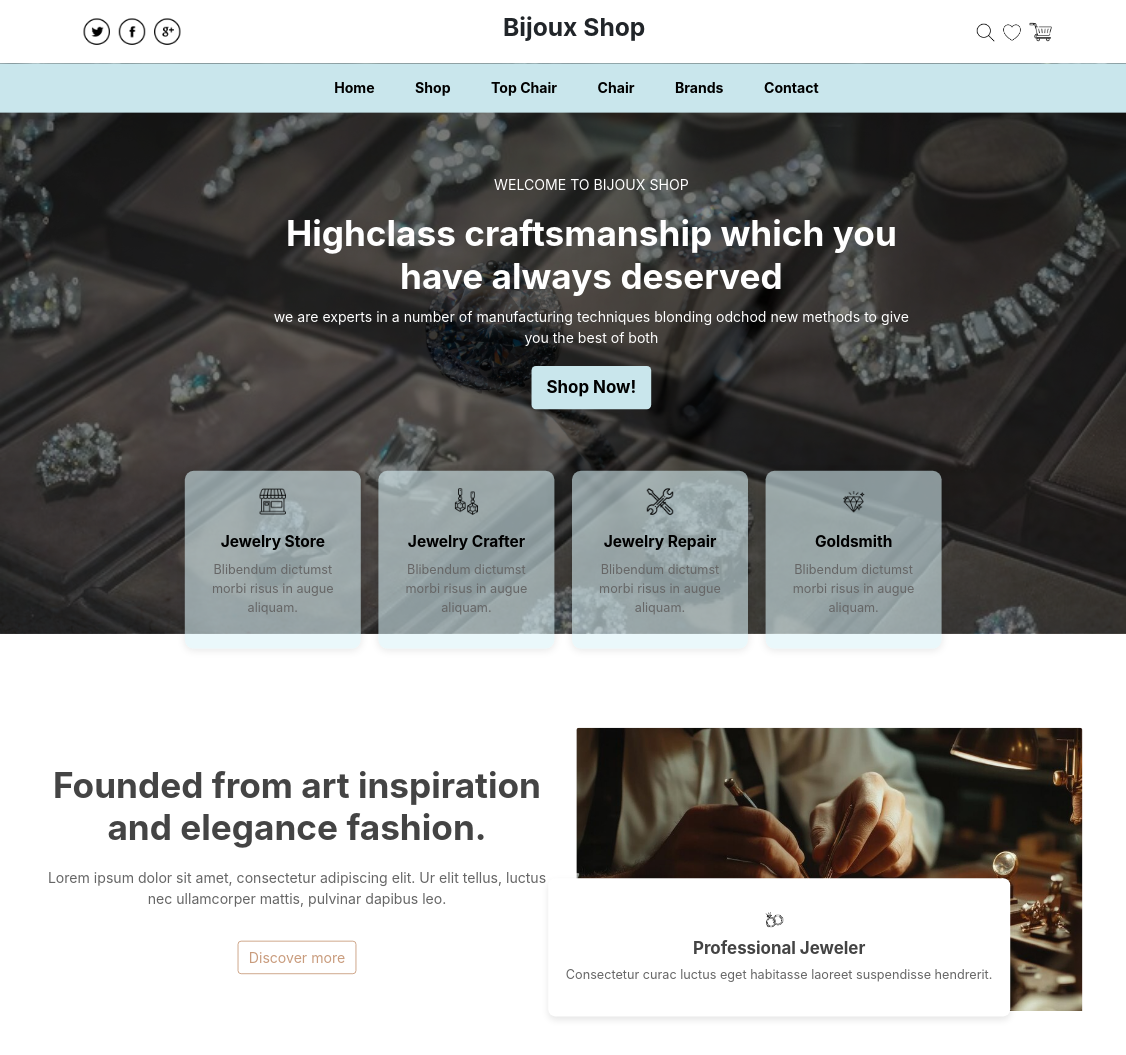
Repository: Manar-Bouallaga/bijoux-frontend-project
Page: /
An editor plug-in stored every save of this project. The page is shown before and after the next save, followed by the edit.
The browser window is 1280 px wide. The pictures show the whole page, at 88% of full size.
The project was rebuilt for these pictures with package versions that can differ from the ones it lists, and the page was loaded fresh each time.

Above is the page before, as saved 2024-10-14 16:11:30.

### public/index.html
<!DOCTYPE html>
<html lang="en">
  <head>
    <meta charset="utf-8" />
    <link rel="icon" href="%PUBLIC_URL%/favicon.ico" />
    <meta name="viewport" content="width=device-width, initial-scale=1" />
    <meta name="theme-color" content="#000000" />
    <meta
      name="description"
      content="Web site created using create-react-app"
    />
    <link
  rel="stylesheet"
  href="https://stackpath.bootstrapcdn.com/bootstrap/4.5.2/css/bootstrap.min.css"
/>
    <link rel="apple-touch-icon" href="%PUBLIC_URL%/logo192.png" />
    <script src="https://code.jquery.com/jquery-3.5.1.slim.min.js"></script>
    <script src="https://cdn.jsdelivr.net/npm/@popperjs/core@2.9.2/dist/umd/popper.min.js"></script>
    <script src="https://stackpath.bootstrapcdn.com/bootstrap/4.5.2/js/bootstrap.min.js"></script>
    <!--
      manifest.json provides metadata used when your web app is installed on a
      user's mobile device or desktop. See https://developers.google.com/web/fundamentals/web-app-manifest/
    -->
    <link rel="manifest" href="%PUBLIC_URL%/manifest.json" />
    <!--
      Notice the use of %PUBLIC_URL% in the tags above.
      It will be replaced with the URL of the `public` folder during the build.
      Only files inside the `public` folder can be referenced from the HTML.

      Unlike "/favicon.ico" or "favicon.ico", "%PUBLIC_URL%/favicon.ico" will
      work correctly both with client-side routing and a non-root public URL.
      Learn how to configure a non-root public URL by running `npm run build`.
    -->
    <title>React App</title>
  </head>
  <body>
    <noscript>You need to enable JavaScript to run this app.</noscript>
    <div id="root"></div>
    <!--
      This HTML file is a template.
      If you open it directly in the browser, you will see an empty page.

      You can add webfonts, meta tags, or analytics to this file.
      The build step will place the bundled scripts into the <body> tag.

      To begin the development, run `npm start` or `yarn start`.
      To create a production bundle, use `npm run build` or `yarn build`.
    -->
  </body>
</html>

### src/App.js
import Nav from './accueil/nav';

function App() {
  return (
   <>
   <Nav />
   </>
  );
}

export default App;

### src/accueil/nav.js
import React from "react";
import './accueil.css';
import JewelrySection from "./JewelrySection";

export default function Nav() {
    return (
        <>
        <div className="">
            {/* Navbar Top */}
            <div className="navbar-top container">
                <div className="social-link">
                    <i><img src="./image/twitter.png" alt="Twitter" width="30px" /></i>
                    <i><img src="./image/facebook.png" alt="Facebook" width="30px" /></i>
                    <i><img src="./image/google-plus.png" alt="Google+" width="30px" /></i>
                </div>
                <div className="logo">
                    <h3>Bijoux Shop</h3>
                </div>
                <div className="icons">
                    <i><img src="./image/search.png" alt="Search" width="20px" /></i>
                    <i><img src="./image/heart.png" alt="Favorites" width="20px" /></i>
                    <i><img src="./image/shopping-cart.png" alt="Cart" width="25px" /></i>
                </div>
            </div>
            {/* Navbar Top */}

            {/* Main Content */}

            <div className="main-content ">
            <div className="back-content">
                <nav className="navbar navbar-expand-md" id="navbar-color">
                    <div className="container">
                        {/* Toggler/collapsibe Button */}
                        <button className="navbar-toggler" type="button" data-toggle="collapse" data-target="#collapsibleNavbar">
                            <span><i><img src="./image/menu.png" alt="Menu" width="30px" /></i></span>
                        </button>

                        {/* Navbar Links */}
                        <div className="collapse navbar-collapse" id="collapsibleNavbar">
                            <ul className="navbar-nav">
                                <li className="nav-item">
                                    <a className="nav-link" href="#">Home</a>
                                </li>
                                <li className="nav-item">
                                    <a className="nav-link" href="#">Shop</a>
                                </li>
                                <li className="nav-item">
                                    <a className="nav-link" href="#">Top Chair</a>
                                </li>
                                <li className="nav-item">
                                    <a className="nav-link" href="#">Chair</a>
                                </li>
                                <li className="nav-item">
                                    <a className="nav-link" href="#">Brands</a>
                                </li>
                                <li className="nav-item">
                                    <a className="nav-link" href="#">Contact</a>
                                </li>
                            </ul>

                        </div>

                    </div>

                </nav>
                <div className="content-header">
                  <p>WELCOME TO BIJOUX SHOP</p>
                  <h1>Highclass craftsmanship which you have always deserved</h1>
                  <p>we are experts in a number of manufacturing techniques blonding odchod new methods to give you the best of both</p>
                  <button>Shop Now!</button>
                </div>

                <div class="services-section">
    <div class="service-card">
        <img src="./image/boutique.png" alt="Jewelry Store" class="service-icon"/>
        <h3>Jewelry Store</h3>
        <p>Blibendum dictumst morbi risus in augue aliquam.</p>
    </div>
    <div class="service-card">
        <img src="./image/earrings.png" alt="Jewelry Crafter" class="service-icon"/>
        <h3>Jewelry Crafter</h3>
        <p>Blibendum dictumst morbi risus in augue aliquam.</p>
    </div>
    <div class="service-card">
        <img src="./image/outils.png" alt="Jewelry Repair" class="service-icon"/>
        <h3>Jewelry Repair</h3>
        <p>Blibendum dictumst morbi risus in augue aliquam.</p>
    </div>
    <div class="service-card">
        <img src="./image/bijoux.png" alt="Goldsmith" class="service-icon"/>
        <h3>Goldsmith</h3>
        <p>Blibendum dictumst morbi risus in augue aliquam.</p>
      </div>
     </div>
     <JewelrySection />

            </div></div>
            {/* Main Content */}


        </div>

   </>
    );
}

### src/accueil/accueil.css
*{
    margin: 0;
    padding: 0;
  }
  /* navbar top */
  .navbar-top{
    width: 100%;
    height: 10vh;
    display: flex;
    align-items: center;
    text-align: center;
    justify-content: space-between;
  }
  .social-link i img{
    margin-left: 10px;
    transition: 0.5s ease;
    cursor: pointer;
  }
  .social-link i img:hover{
    background-color: rgba(238,224,208);
    border-radius: 50px;
  }
  @media screen and (max-width:420px){
    .social-link i img{
        width: 20px;
    }
  }
  .logo h3{
    font-weight: bold;
  }
  @media screen and (max-width:420px){
    .logo h3{
        font-size: 20px;
    }
  }
  .icons i img{
    margin-left: 10px;
    cursor: pointer;
  }
  @media screen and (max-width:420px){
    .icons i img{
        width: 20px;
    }
  }
  /* navbar top */
  @media screen and (max-width:754px){
    .content-header{
      font-size: 12px;
      max-width: 10px;
      margin-top: 40px;
    }
  }
  @media screen and (max-width:1038px){
    .content-header{
      font-size: 15px;
      max-width: 20px;
      margin-top: 40px;

    }
  }
  /* main content */
  @keyframes backgroundSlide {
    0% {
      background-image: url(../../public/image/pexels-godisable-jacob-226636-1191531.jpg);
      background-position: 70%; /* Initial image */
    }
    33% {
      background-image: url(../../public/image/etalage-bijoux-elegants-dans-magasin-luxe_98396-97831.jpg);
      background-position: 50%; /* Second image */
    }
    66% {
      background-image: url(../../public/image/pexels-jimbear-13787988.jpg);
      background-position: 30%; /* Third image */
    }
    100% {
      background-image: url(../../public/image/pexels-godisable-jacob-226636-1191531.jpg);
      background-position: 70%; /* Loop back to the first image */
    }
  }

  /* main content */
  .main-content {
    width: 100%;
    height: 90vh;
    background-size: cover;
    position: absolute;
    background-size: cover;
    align-items: center;
    justify-content: center;
    color: white;
    text-align: center;

    /* Animation */
    animation: backgroundSlide 12s infinite ease-in-out; /* 12s cycle for 3 images */
  }
  .back-content{
    width: 100%;
    height: 90vh;
    background-color: rgba(0, 0, 0, 0.404);
  }
  .content-header{

    /* color: white; */
    max-width: 800px;
    margin-left: 17em;
    border-radius: 15px; /* Rounded corners */
    padding: 30px; /* Inner padding */
    margin-top: 40px;
  }
  .content-header h1{
    font-size: 2.5em; /* Larger title */
    font-weight: bold; /* Bold title */
    margin-bottom: 10px; /* Spacing below title */
  }
  .content-header p{
    font-size: 1em; /* Description size */
      margin-bottom: 20px; /* Spacing below description */
  }
  .content-header button{
    display: inline-block; /* Inline-block for button */
    border: none;
    font-weight: bold;
      padding: 10px 17px; /* Button padding */
      font-size: 1.2em; /* Button font size */
      background-color: #c9e6ec; /* Button color */
      color: black; /* Button text color */
      text-decoration: none; /* No underline */
      border-radius: 5px; /* Rounded button */
      transition: background-color 0.3s ease; /* Smooth hover effect */
  }
  /* navbar */


  #navbar-color{
    background-color: #c9e6ec;
  }
  .navbar-nav{
    margin: auto;
    font-weight: bold;
  }
  .nav-link{
    margin-left: 30px;
    font-weight: bold;
    color: black;
    transition: 0.5s ease;
    cursor: pointer;

  }
  .nav-link:hover{
    color: green;
  }
  /* navbar */



  .services-section {
    display: flex; /* Use flexbox for layout */
    justify-content: center; /* Center items horizontally */
    gap: 20px; /* Space between cards */
    padding: 40px 20px; /* Padding for the section */
    position: relative; /* Light background color */
    flex-wrap: wrap; /* Allow items to wrap to the next line */
  }

  .service-card {
    background-color: #dbf3f893; /* Card background color */
    border-radius: 10px; /* Rounded corners */
    box-shadow: 0 2px 10px rgba(0, 0, 0, 0.1); /* Subtle shadow */
    text-align: center; /* Center text */
    padding: 20px; /* Inner padding */
    max-width: 200px; /* Limit card width */
    flex: 1 1 200px; /* Allow cards to grow and shrink */
  }
  .service-icon {
    width: 30px; /* Icon size */
    margin-bottom: 10px; /* Space below icon */
  }

  .service-card h3 {
    font-size: 1.1em; /* Title size */
    margin: 10px 0; /* Space above and below title */
    color: black;
    font-weight: bold;
  }

  .service-card p {
    font-size: 0.9em; /* Description size */
    color: #666; /* Description color */
  }

  /* Responsive Design */
  @media (max-width: 768px) {
    .services-section {
        padding: 20px 10px; /* Adjust padding on smaller screens */
    }

    .service-card {
        max-width: 90%; /* Increase card width on smaller screens */
        margin: 10px auto; /* Center cards */
    }
  }


  /* jewelrySection */

  .jewelry-section {
    padding: 50px;
  }

  .text-part h2 {
    font-size: 2.5rem;
    font-weight: bold;
    color: #444;
  }

  .text-part p {
    margin-top: 20px;
    font-size: 1rem;
    color: #666;
  }

  .discover-btn {
    margin-top: 20px;
    color: #c99c7d;
    border-color: #c99c7d;
  }

  .image-part {
    display: flex;
    justify-content: center;
  }

  .card-overlay {
    position: absolute;
    bottom: -6px;
    left: -32px;
    background-color: #fff;
    padding: 20px;
    box-shadow: 0 4px 8px rgba(0, 0, 0, 0.1);
    border-radius: 8px;
  }

  .icon-and-text {

    align-items: center;
  }

  .icon {
    font-size: 2rem;
    color: #c99c7d;
    margin-right: 10px;
  }

  .text h5 {
    font-size: 1.2rem;
    font-weight: bold;
    color: #444;
  }

  .text p {
    font-size: 0.9rem;
    color: #666;
  }

### src/accueil/JewelrySection.js
import React from 'react';
import { Container, Row, Col, Button, Card } from 'react-bootstrap';
import './accueil.css';
const JewelrySection = () => {
  return (
    <Container fluid className="jewelry-section">
      <Row className="align-items-center">
        <Col md={6} className="text-part">
          <h2>Founded from art inspiration and elegance fashion.</h2>
          <p>
            Lorem ipsum dolor sit amet, consectetur adipiscing elit. Ur elit tellus, luctus nec ullamcorper mattis, pulvinar dapibus leo.
          </p>
          <Button variant="outline-primary" className="discover-btn">
            Discover more
          </Button>
        </Col>
        <Col md={6} className="image-part">
          <Card className="border-0">
            <Card.Img variant="top" src='./image/jeweler-crafting-petraploy-jewelry-hands-working-detailed-designs-modern-studio_1291600-29663.jpg' alt="Jeweler" />
            <Card.Body className="card-overlay">
              <div className="icon-and-text">
                <div className="icon">
                  {/* Add icon for jewelry, for example using FontAwesome */}
                  <img src='./image/anneaux-de-mariage.png' alt='' width={'20px'}/>
                </div>
                <div className="text">
                  <h5>Professional Jeweler</h5>
                  <p>Consectetur curac luctus eget habitasse laoreet suspendisse hendrerit.</p>
                </div>
              </div>
            </Card.Body>
          </Card>
        </Col>
      </Row>
    </Container>
  );
};

export default JewelrySection;

Loaded but not shown: src/index.js (common file); src/index.css (common file); src/reportWebVitals.js (common file)

After the next save:
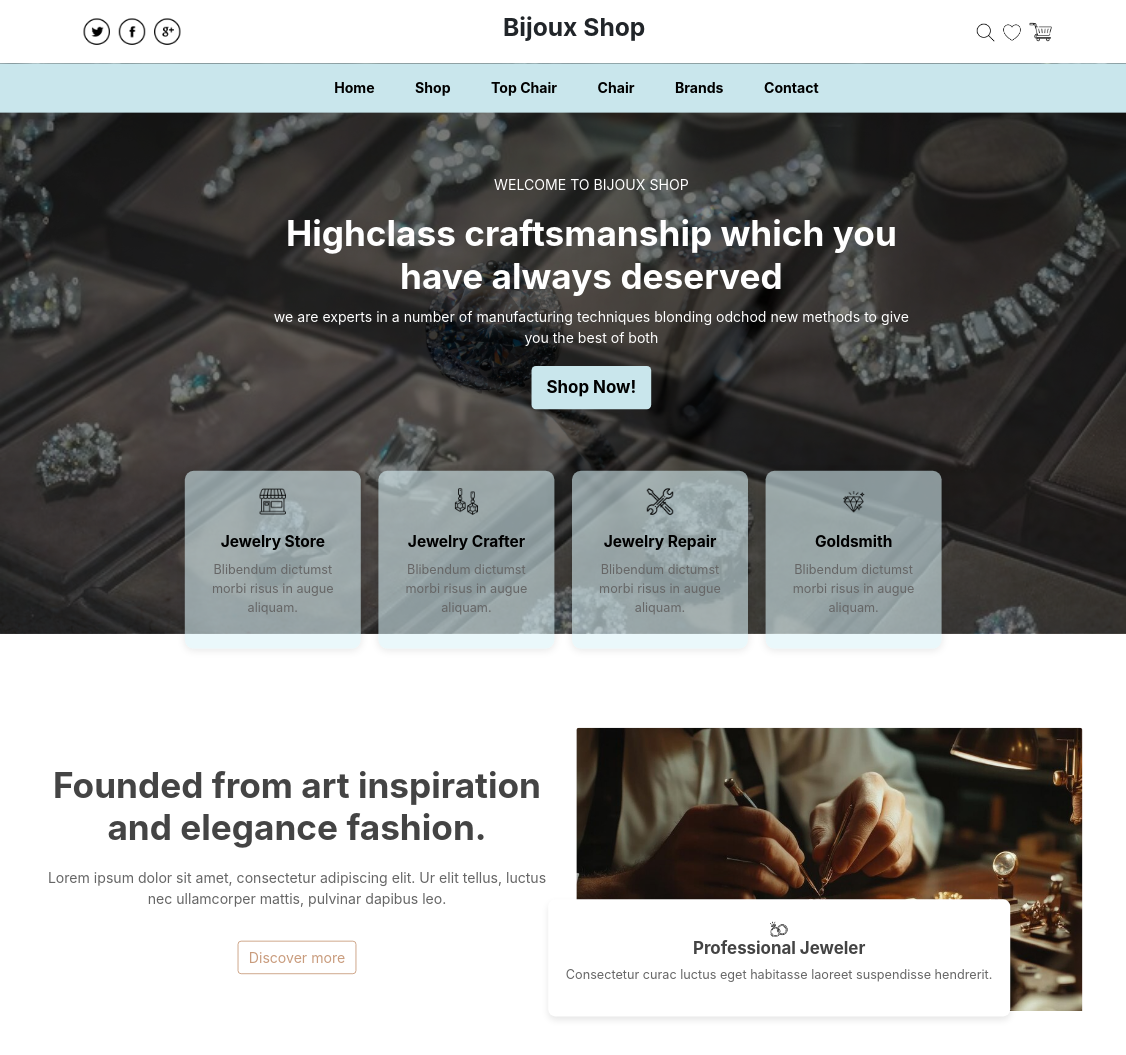
Saved 21 s later.
--- a/src/accueil/accueil.css
+++ b/src/accueil/accueil.css
@@ -245,11 +245,6 @@
     align-items: center;
   }
 
-  .icon {
-    font-size: 2rem;
-    color: #c99c7d;
-    margin-right: 10px;
-  }
 
   .text h5 {
     font-size: 1.2rem;
